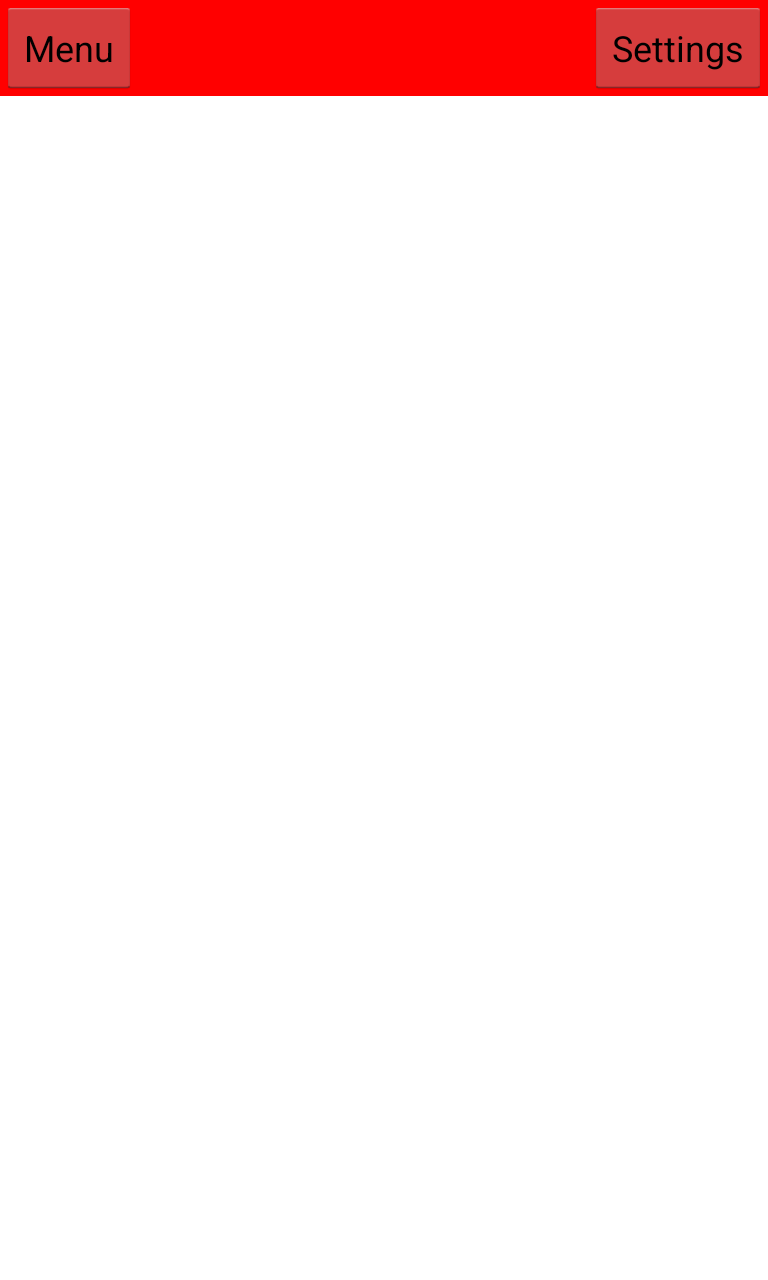
Repository: sbobra/women-startupweekend-sf
Layout: LaundryList/res/layout/activity_explore.xml
These files come from the project's save history. The layout is drawn as it stood at one moment and after a run of saves; the edit follows.
It is drawn on a 768 x 1280 px phone screen (xhdpi) without system bars, with theme AppTheme; the app's code is not run. Lists and similar views that code fills are empty.

Above is the layout before, as saved 2013-09-15 03:22:10.

After the next 3 saves:
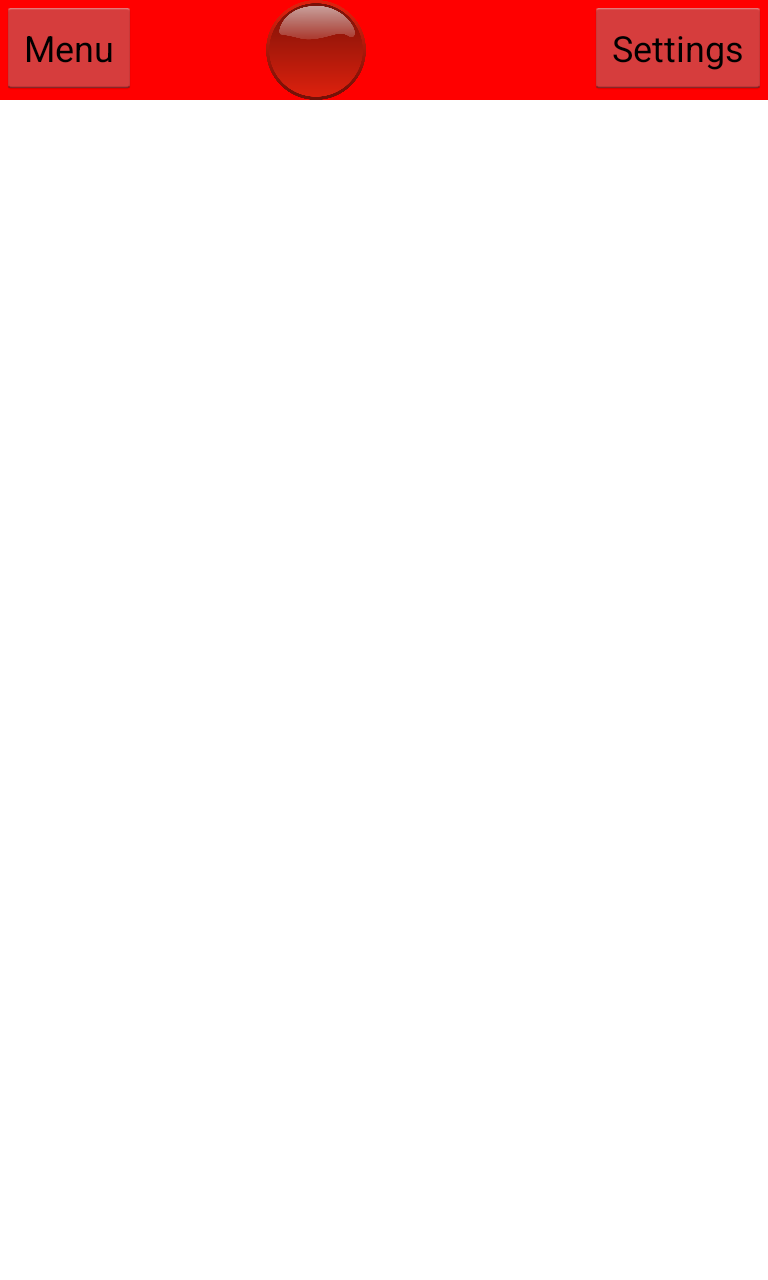
The 3 saves are shown as one change because they came seconds apart.
The last was saved 55 s later.
--- a/LaundryList/res/layout/activity_explore.xml
+++ b/LaundryList/res/layout/activity_explore.xml
@@ -37,6 +37,16 @@
             android:layout_height="wrap_content"
             android:layout_alignParentRight="true"
             android:text="Settings" />
+
+        <ImageView
+            android:id="@+id/imageView1"
+            android:layout_width="50dp"
+            android:layout_height="50dp"
+            android:layout_centerVertical="true"
+            android:layout_marginLeft="64dp"
+            android:layout_toRightOf="@+id/menuButton"
+            android:src="@drawable/redbutton" />
+
     </RelativeLayout>
 
     <android.support.v4.view.ViewPager
